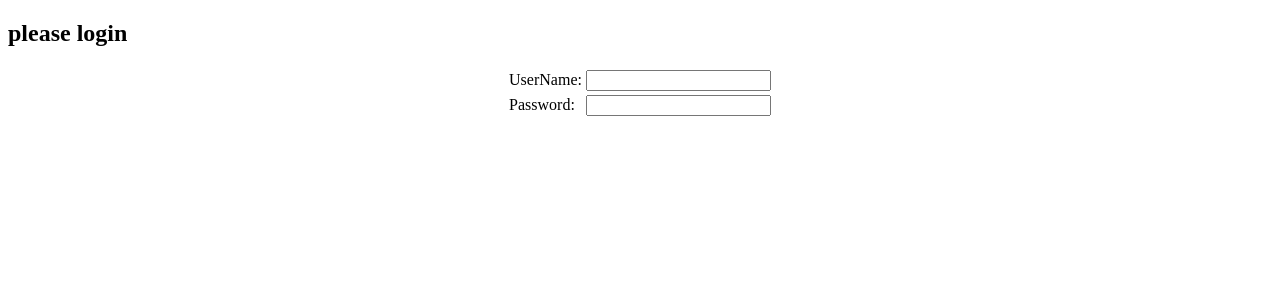
Repository: manish1905/MetaData_Details
Page: http://localhost/MetaData_Details/
An editor plug-in stored every save of this project. The page is shown before and after the next save, followed by the edit.
The browser window is 1280 px wide. The pictures show the whole page.
The page is served by Tomcat 9.

Above is the page before, as saved 2019-01-03 06:46:48.

After the next save:
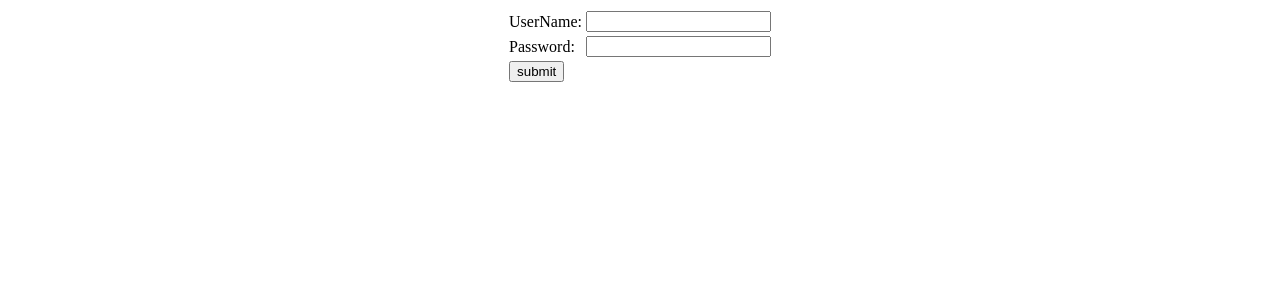
Saved 85 s later.
--- a/MetaData_Details/web/index.jsp
+++ b/MetaData_Details/web/index.jsp
@@ -15,7 +15,6 @@
 <body>
 <div>
 	<form action ="login">
-	<h2> please login</h2>
 	<table align="center">
 	<tr>
 	<td>UserName:</td>
@@ -26,7 +25,10 @@
 	<td><input type="text" name="password"/></td>
 
 	</tr>
+	<tr>
+	<td><input type="button" name="submit" value="submit"</td>
 
+	</tr>
 	</table>
 
 	</form>
